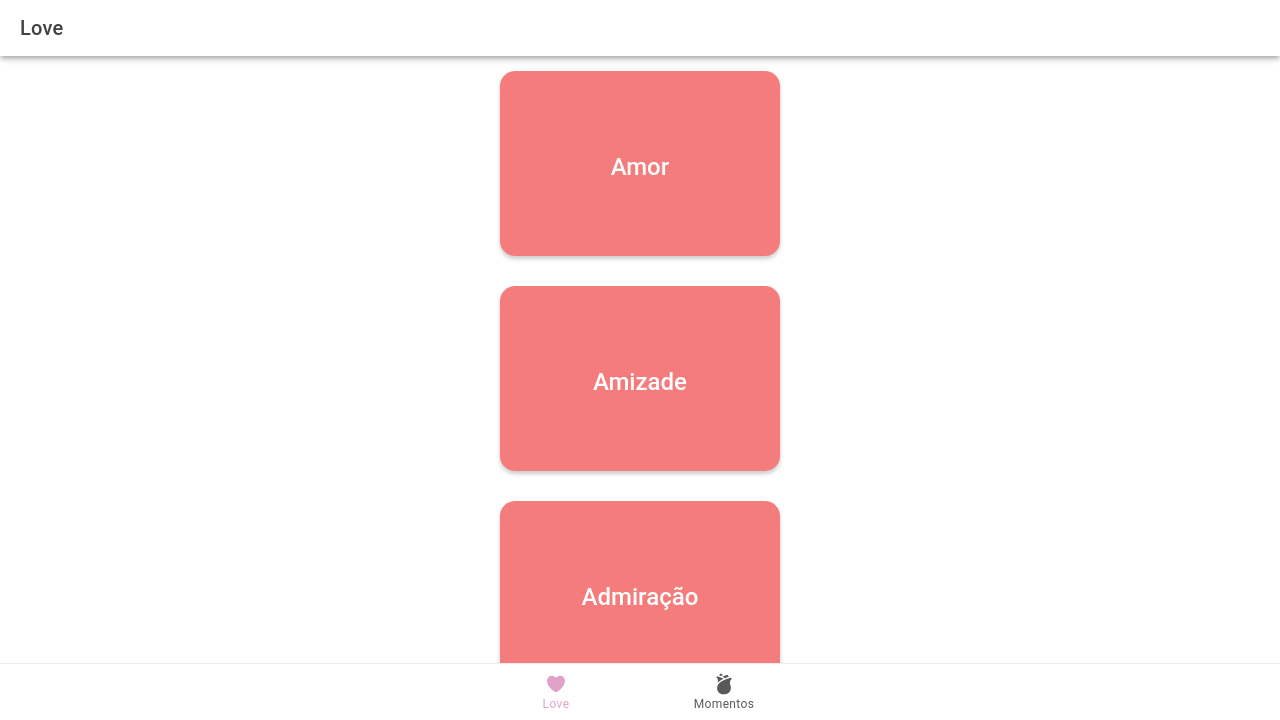
Repository: mateus-henrique-silva/lorrayne-app
Page: /
These files come from the project's save history. The page is drawn as it stood at one moment and after the next save; the edit follows.
The browser window is 1280 px wide. The pictures show the whole page.
The project was rebuilt for these pictures with package versions that can differ from the ones it lists, and the page was loaded fresh each time. Also part of the build but not shown: src/pages/Tab2.tsx, src/components/ExploreContainer.css, src/components/ExploreContainer.tsx, src/pages/Tab3.tsx.

Above is the page before, as saved 2022-07-05 12:26:31.

### src/App.tsx
import { Redirect, Route } from 'react-router-dom';
import {
  IonApp,
  IonIcon,
  IonLabel,
  IonRouterOutlet,
  IonTabBar,
  IonTabButton,
  IonTabs,
  setupIonicReact
} from '@ionic/react';
import { IonReactRouter } from '@ionic/react-router';
import { ellipse, heart, rose, square, star, triangle } from 'ionicons/icons';
import Tab1 from './pages/Tab1';
import Tab2 from './pages/Tab2';
import Tab3 from './pages/Tab3';

/* Core CSS required for Ionic components to work properly */
import '@ionic/react/css/core.css';

/* Basic CSS for apps built with Ionic */
import '@ionic/react/css/normalize.css';
import '@ionic/react/css/structure.css';
import '@ionic/react/css/typography.css';

/* Optional CSS utils that can be commented out */
import '@ionic/react/css/padding.css';
import '@ionic/react/css/float-elements.css';
import '@ionic/react/css/text-alignment.css';
import '@ionic/react/css/text-transformation.css';
import '@ionic/react/css/flex-utils.css';
import '@ionic/react/css/display.css';

/* Theme variables */
import './theme/variables.css';

setupIonicReact();

const App: React.FC = () => (
  <IonApp>
    <IonReactRouter>
      <IonTabs>
        <IonRouterOutlet>
          <Route exact path="/tab1">
            <Tab1 />
          </Route>
          <Route exact path="/tab2">
            <Tab2 />
          </Route>
          <Route path="/tab3">
            <Tab3 />
          </Route>
          <Route exact path="/">
            <Redirect to="/tab1" />
          </Route>
        </IonRouterOutlet>
        <IonTabBar slot="bottom">
          <IonTabButton tab="tab1" href="/tab1">
            <IonIcon icon={heart} />
            <IonLabel>Love</IonLabel>
          </IonTabButton>
          <IonTabButton tab="tab2" href="/tab2">
            <IonIcon icon={rose} />
            <IonLabel>Momentos</IonLabel>
          </IonTabButton>
          {/* <IonTabButton tab="tab3" href="/tab3">
            <IonIcon icon={star} />
            <IonLabel>Momentos</IonLabel>
          </IonTabButton> */}
        </IonTabBar>
      </IonTabs>
    </IonReactRouter>
  </IonApp>
);

export default App;

### src/pages/Tab1.tsx
import {
  IonContent,
  IonHeader,
  IonPage,
  IonTitle,
  IonToolbar,
} from "@ionic/react";
import Msg from "../components/boxMsg";
import "./Tab1.css";
import Box from "../components/BoxComponents";

const Tab1: React.FC = () => {
  return (
    <IonPage>
      <IonHeader>
        <IonToolbar>
          <IonTitle>Love</IonTitle>
        </IonToolbar>
      </IonHeader>
      <IonContent fullscreen>
        <IonHeader collapse="condense">
          <IonToolbar>
            <IonTitle size="large">Love</IonTitle>
          </IonToolbar>
        </IonHeader>

        <Box paragraph="É essa vontade incontrolável de passar todos os dias ao seu lado. Fazer de tudo para te tirar um sorriso bobo. O amor é simples e sincero. Te amo vida!" text="Amor" fontSize="20px" colorText="#ffff" color="#F47C7C" />

        <Box paragraph="É essa parceria que temos desde o dia que nos conhcemos. Saber que posso contar com você nos momentos mais dificeis" text="Amizade" fontSize="20px" colorText="#ffff" color="#F47C7C" />
        <Box paragraph="É a honra de estar ao lado de uma mulher guerreira, determinada, sonhadora. Que me motiva a crecer e amadurecer todos os dias para ser o melhor para você "
          text="Admiração"
          fontSize="20px"
          colorText="#ffff"
          color="#F47C7C"
        />
        <Box paragraph="É o que eu sinto das conquistas. É do seu futuro que será brilhante. Acredito em você e nos seus sonhos" text="Orgulho" fontSize="20px" colorText="#ffff" color="#F47C7C" />
        <Box paragraph="É o que eu tenho todos os dias. Agradeço a Deus por ter colocado a mulher mais incrivel do mundo na minha vida."
          text="Gratidão"
          fontSize="20px"
          colorText="#ffff"
          color="#F47C7C"
        />
        <Box paragraph="É o que somos. Mesmo não vivendo juntos ainda eu sei que somos uma familia, pois familia é que esta ao nosso lado nos bons e mals momento, e como eu sempre disse somos nos 2 contra o mundo!!"text="Familia" fontSize="20px" colorText="#ffff" color="#F47C7C" />
      </IonContent>
    </IonPage>
  );
};

export default Tab1;

### src/theme/variables.css
/* Ionic Variables and Theming. For more info, please see:
http://ionicframework.com/docs/theming/ */

/** Ionic CSS Variables **/
:root {
  /** primary **/
  --ion-color-primary: #e2a1c7;
  --ion-color-primary-rgb: 226, 161, 199;
  --ion-color-primary-contrast: #000000;
  --ion-color-primary-contrast-rgb: 0, 0, 0;
  --ion-color-primary-shade: #c78eaf;
  --ion-color-primary-tint: #e5aacd;

  /** secondary **/
  --ion-color-secondary: #3dc2ff;
  --ion-color-secondary-rgb: 61, 194, 255;
  --ion-color-secondary-contrast: #ffffff;
  --ion-color-secondary-contrast-rgb: 255, 255, 255;
  --ion-color-secondary-shade: #36abe0;
  --ion-color-secondary-tint: #50c8ff;

  /** tertiary **/
  --ion-color-tertiary: #5260ff;
  --ion-color-tertiary-rgb: 82, 96, 255;
  --ion-color-tertiary-contrast: #ffffff;
  --ion-color-tertiary-contrast-rgb: 255, 255, 255;
  --ion-color-tertiary-shade: #4854e0;
  --ion-color-tertiary-tint: #6370ff;

  /** success **/
  --ion-color-success: #2dd36f;
  --ion-color-success-rgb: 45, 211, 111;
  --ion-color-success-contrast: #ffffff;
  --ion-color-success-contrast-rgb: 255, 255, 255;
  --ion-color-success-shade: #28ba62;
  --ion-color-success-tint: #42d77d;

  /** warning **/
  --ion-color-warning: #ffc409;
  --ion-color-warning-rgb: 255, 196, 9;
  --ion-color-warning-contrast: #000000;
  --ion-color-warning-contrast-rgb: 0, 0, 0;
  --ion-color-warning-shade: #e0ac08;
  --ion-color-warning-tint: #ffca22;

  /** danger **/
  --ion-color-danger: #eb445a;
  --ion-color-danger-rgb: 235, 68, 90;
  --ion-color-danger-contrast: #ffffff;
  --ion-color-danger-contrast-rgb: 255, 255, 255;
  --ion-color-danger-shade: #cf3c4f;
  --ion-color-danger-tint: #ed576b;

  /** dark **/
  --ion-color-dark: #222428;
  --ion-color-dark-rgb: 34, 36, 40;
  --ion-color-dark-contrast: #ffffff;
  --ion-color-dark-contrast-rgb: 255, 255, 255;
  --ion-color-dark-shade: #1e2023;
  --ion-color-dark-tint: #383a3e;

  /** medium **/
  --ion-color-medium: #92949c;
  --ion-color-medium-rgb: 146, 148, 156;
  --ion-color-medium-contrast: #ffffff;
  --ion-color-medium-contrast-rgb: 255, 255, 255;
  --ion-color-medium-shade: #808289;
  --ion-color-medium-tint: #9d9fa6;

  /** light **/
  --ion-color-light: #f4f5f8;
  --ion-color-light-rgb: 244, 245, 248;
  --ion-color-light-contrast: #000000;
  --ion-color-light-contrast-rgb: 0, 0, 0;
  --ion-color-light-shade: #d7d8da;
  --ion-color-light-tint: #f5f6f9;
}

@media (prefers-color-scheme: dark) {
  /*
   * Dark Colors
   * -------------------------------------------
   */

  body {
    --ion-color-primary: #e2a1c7;
    --ion-color-primary-rgb: 226, 161, 199;
    --ion-color-primary-contrast: #000000;
    --ion-color-primary-contrast-rgb: 0, 0, 0;
    --ion-color-primary-shade: #c78eaf;
    --ion-color-primary-tint: #e5aacd;

    --ion-color-secondary: #50c8ff;
    --ion-color-secondary-rgb: 80,200,255;
    --ion-color-secondary-contrast: #ffffff;
    --ion-color-secondary-contrast-rgb: 255,255,255;
    --ion-color-secondary-shade: #46b0e0;
    --ion-color-secondary-tint: #62ceff;

    --ion-color-tertiary: #6a64ff;
    --ion-color-tertiary-rgb: 106,100,255;
    --ion-color-tertiary-contrast: #ffffff;
    --ion-color-tertiary-contrast-rgb: 255,255,255;
    --ion-color-tertiary-shade: #5d58e0;
    --ion-color-tertiary-tint: #7974ff;

    --ion-color-success: #2fdf75;
    --ion-color-success-rgb: 47,223,117;
    --ion-color-success-contrast: #000000;
    --ion-color-success-contrast-rgb: 0,0,0;
    --ion-color-success-shade: #29c467;
    --ion-color-success-tint: #44e283;

    --ion-color-warning: #ffd534;
    --ion-color-warning-rgb: 255,213,52;
    --ion-color-warning-contrast: #000000;
    --ion-color-warning-contrast-rgb: 0,0,0;
    --ion-color-warning-shade: #e0bb2e;
    --ion-color-warning-tint: #ffd948;

    --ion-color-danger: #ff4961;
    --ion-color-danger-rgb: 255,73,97;
    --ion-color-danger-contrast: #ffffff;
    --ion-color-danger-contrast-rgb: 255,255,255;
    --ion-color-danger-shade: #e04055;
    --ion-color-danger-tint: #ff5b71;

    --ion-color-dark: #f4f5f8;
    --ion-color-dark-rgb: 244,245,248;
    --ion-color-dark-contrast: #000000;
    --ion-color-dark-contrast-rgb: 0,0,0;
    --ion-color-dark-shade: #d7d8da;
    --ion-color-dark-tint: #f5f6f9;

    --ion-color-medium: #989aa2;
    --ion-color-medium-rgb: 152,154,162;
    --ion-color-medium-contrast: #000000;
    --ion-color-medium-contrast-rgb: 0,0,0;
    --ion-color-medium-shade: #86888f;
    --ion-color-medium-tint: #a2a4ab;

    --ion-color-light: #222428;
    --ion-color-light-rgb: 34,36,40;
    --ion-color-light-contrast: #ffffff;
    --ion-color-light-contrast-rgb: 255,255,255;
    --ion-color-light-shade: #1e2023;
    --ion-color-light-tint: #383a3e;
  }

  /*
   * iOS Dark Theme
   * -------------------------------------------
   */

  .ios body {
    --ion-background-color: #000000;
    --ion-background-color-rgb: 0,0,0;

    --ion-text-color: #ffffff;
    --ion-text-color-rgb: 255,255,255;

    --ion-color-step-50: #0d0d0d;
    --ion-color-step-100: #1a1a1a;
    --ion-color-step-150: #262626;
    --ion-color-step-200: #333333;
    --ion-color-step-250: #404040;
    --ion-color-step-300: #4d4d4d;
    --ion-color-step-350: #595959;
    --ion-color-step-400: #666666;
    --ion-color-step-450: #737373;
    --ion-color-step-500: #808080;
    --ion-color-step-550: #8c8c8c;
    --ion-color-step-600: #999999;
    --ion-color-step-650: #a6a6a6;
    --ion-color-step-700: #b3b3b3;
    --ion-color-step-750: #bfbfbf;
    --ion-color-step-800: #cccccc;
    --ion-color-step-850: #d9d9d9;
    --ion-color-step-900: #e6e6e6;
    --ion-color-step-950: #f2f2f2;

    --ion-item-background: #000000;

    --ion-card-background: #1c1c1d;
  }

  .ios ion-modal {
    --ion-background-color: var(--ion-color-step-100);
    --ion-toolbar-background: var(--ion-color-step-150);
    --ion-toolbar-border-color: var(--ion-color-step-250);
  }


  /*
   * Material Design Dark Theme
   * -------------------------------------------
   */

  .md body {
    --ion-background-color: #121212;
    --ion-background-color-rgb: 18,18,18;

    --ion-text-color: #ffffff;
    --ion-text-color-rgb: 255,255,255;

    --ion-border-color: #222222;

    --ion-color-step-50: #1e1e1e;
    --ion-color-step-100: #2a2a2a;
    --ion-color-step-150: #363636;
    --ion-color-step-200: #414141;
    --ion-color-step-250: #4d4d4d;
    --ion-color-step-300: #595959;
    --ion-color-step-350: #656565;
    --ion-color-step-400: #717171;
    --ion-color-step-450: #7d7d7d;
    --ion-color-step-500: #898989;
    --ion-color-step-550: #949494;
    --ion-color-step-600: #a0a0a0;
    --ion-color-step-650: #acacac;
    --ion-color-step-700: #b8b8b8;
    --ion-color-step-750: #c4c4c4;
    --ion-color-step-800: #d0d0d0;
    --ion-color-step-850: #dbdbdb;
    --ion-color-step-900: #e7e7e7;
    --ion-color-step-950: #f3f3f3;

    --ion-item-background: #1e1e1e;

    --ion-toolbar-background: #1f1f1f;

    --ion-tab-bar-background: #1f1f1f;

    --ion-card-background: #1e1e1e;
  }
}

### src/components/BoxComponents.tsx
import React, { useState } from "react";
import { motion, AnimatePresence } from "framer-motion";
import "./BoxComponents.css";

interface TextBox {
  text: string;
  color: string;
  colorText: string;
  fontSize: string;
  paragraph: string;
}

const BoxComponents: React.FC<TextBox> = (props, { text }) => {
  const [isOpen, setIsOpen] = useState(false);
  const TextArray = [
    {
      id: 0,
      paragraph: "Mateus henrique lindo",
    },
    { id: 1, paragraph: "Mateus henrique lindo" },
  ];
  const colorBox = {
    backgroundColor: props.color,
    color: props.colorText,
    fontSize: props.fontSize,
  };
  return (
    <div className="Box">
      <div className="BoxSet">
        <motion.div transition={{layout: {duration:2, type:"spring"}}} onClick= {()=> setIsOpen(!isOpen)} className="BoxPrincipal" style={colorBox}>
        <motion.h2 layout="position">{props.text}</motion.h2>

          {isOpen &&(

          <motion.div initial={{opacity:0}} animate ={{opacity:1}} transition={{duration:1}} >
          {/* {
         TextArray.map((TextArray)  =>(
          <p key={TextArray.id}>{TextArray.paragraph}</p>
         )  )} */}
         <p>{props.paragraph}</p>
         </motion.div>)}

        </motion.div>
        {/* <motion.div className="BoxPrincipal" style={colorBox}>{props.text}</motion.div> */}
      </div>
    </div>
  );
};

export default BoxComponents;

### src/components/BoxComponents.css
.Box{
    display:grid;
    justify-content:space-around;
    overflow:hidden;

}
.BoxSet{

    width:100%;
    margin-bottom:15px;


}

.BoxPrincipal{
    padding: 4rem 5rem;
    display:grid;
    width: 280px;
    margin-top:15px;
    border-radius:15px;
    justify-content:center;
    cursor: pointer;
    align-items:center;
    transition:1s;
    box-shadow: 0px 3px 4px rgba(0,0,0,0.2) ;
}
p{
    padding-top:1rem ;

   width:100%;
}
h2{
    margin: 0;
    padding: 0;
}
@media(max-width:800px){
    .Box{
        display:grid;
        justify-content:space-around;

        width:100%;


    }
    .BoxSet{
        display:flex;
        width:100%;
        margin-bottom:15px;


    }


    .Box:last-child{
        margin-bottom:15px;
    }

}


@media(max-width:480px){

    .BoxSet{
        display:grid;
        width:100%
    }


}

Loaded but not shown: public/index.html (common file); src/index.tsx (common file); src/serviceWorkerRegistration.ts (common file); src/reportWebVitals.ts (common file); src/pages/Tab1.css (no stored copy; drawn as an empty file); src/pages/Tab2.css (no stored copy; drawn as an empty file); src/pages/Tab3.css (no stored copy; drawn as an empty file)

After the next save:
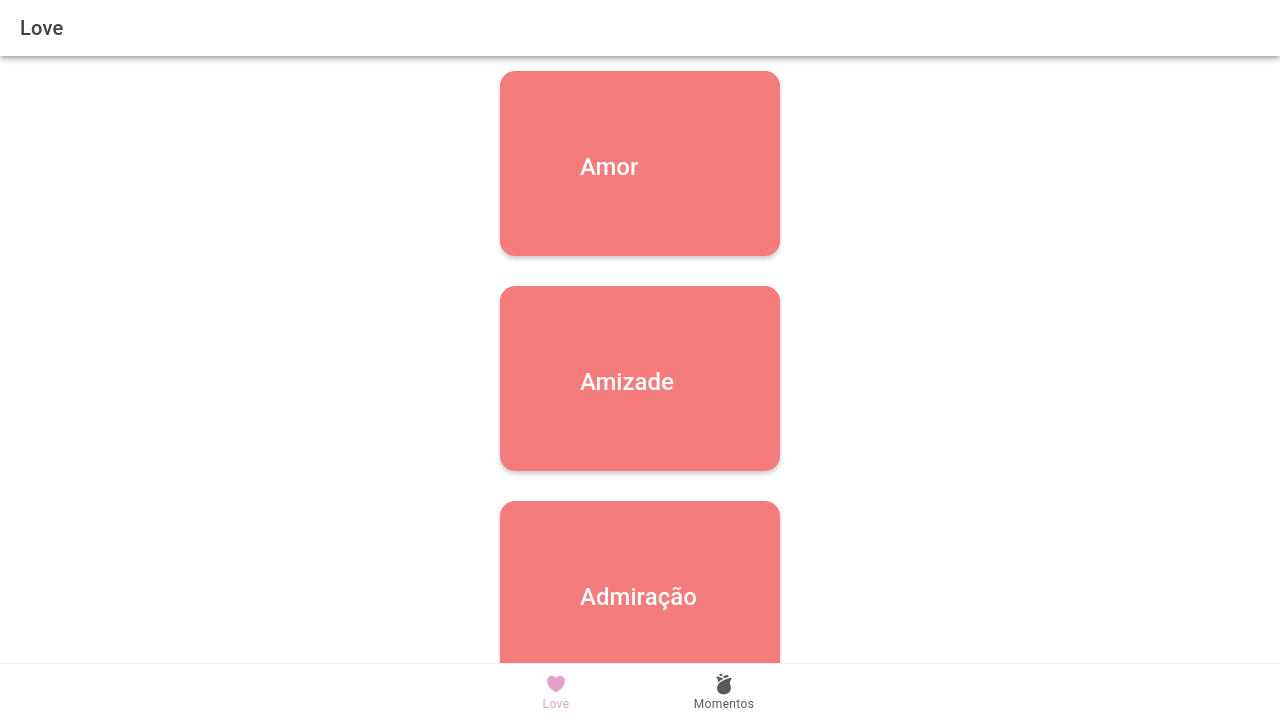
Saved 2 h 8 min later.
--- a/src/components/BoxComponents.css
+++ b/src/components/BoxComponents.css
@@ -14,7 +14,7 @@
 
 .BoxPrincipal{
     padding: 4rem 5rem;
-    display:grid;
+    display:block;
     width: 280px;
     margin-top:15px;
     border-radius:15px;

After the save that followed:
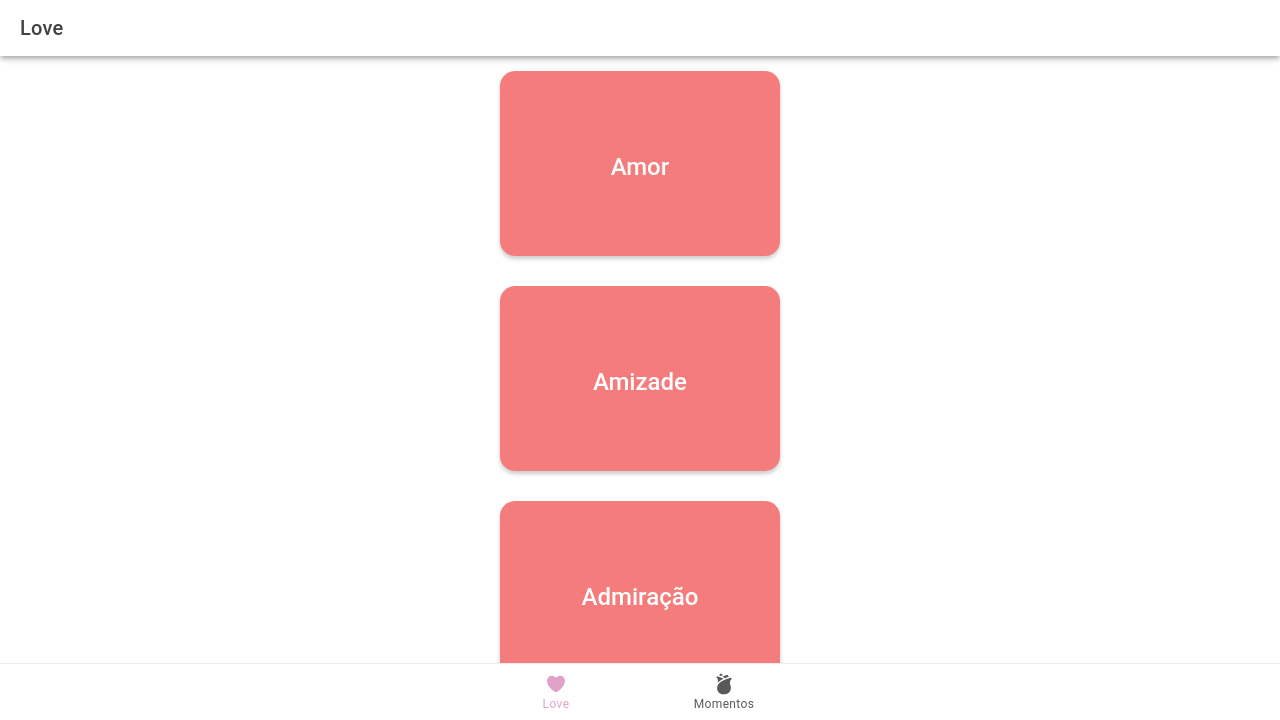
Saved 26 s later.
--- a/src/components/BoxComponents.css
+++ b/src/components/BoxComponents.css
@@ -14,7 +14,7 @@
 
 .BoxPrincipal{
     padding: 4rem 5rem;
-    display:block;
+    display:flex;
     width: 280px;
     margin-top:15px;
     border-radius:15px;
